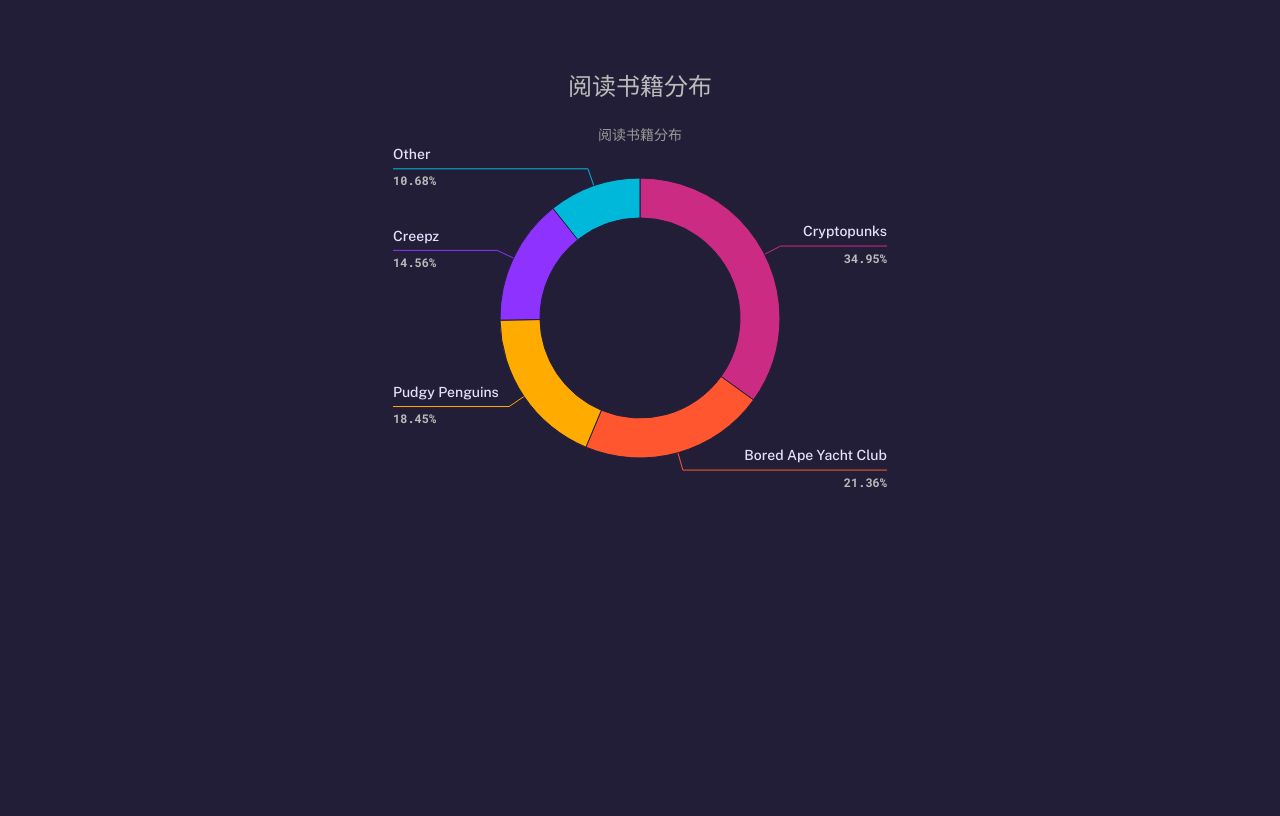
Repository: gorillabiscuit/Apache-eCharts-donut
Page: /
The author's editor kept a copy of each file at every save. The page is drawn from the files as they stood at one save, then again after the next save.
The browser window is 1280 px wide. The pictures show the whole page.
The project was rebuilt for these pictures with package versions that can differ from the ones it lists, and the page was loaded fresh each time. Also part of the build but not shown: vite.config.ts.

Above is the page before, as saved 2025-08-14 16:52:21.

After the next save:
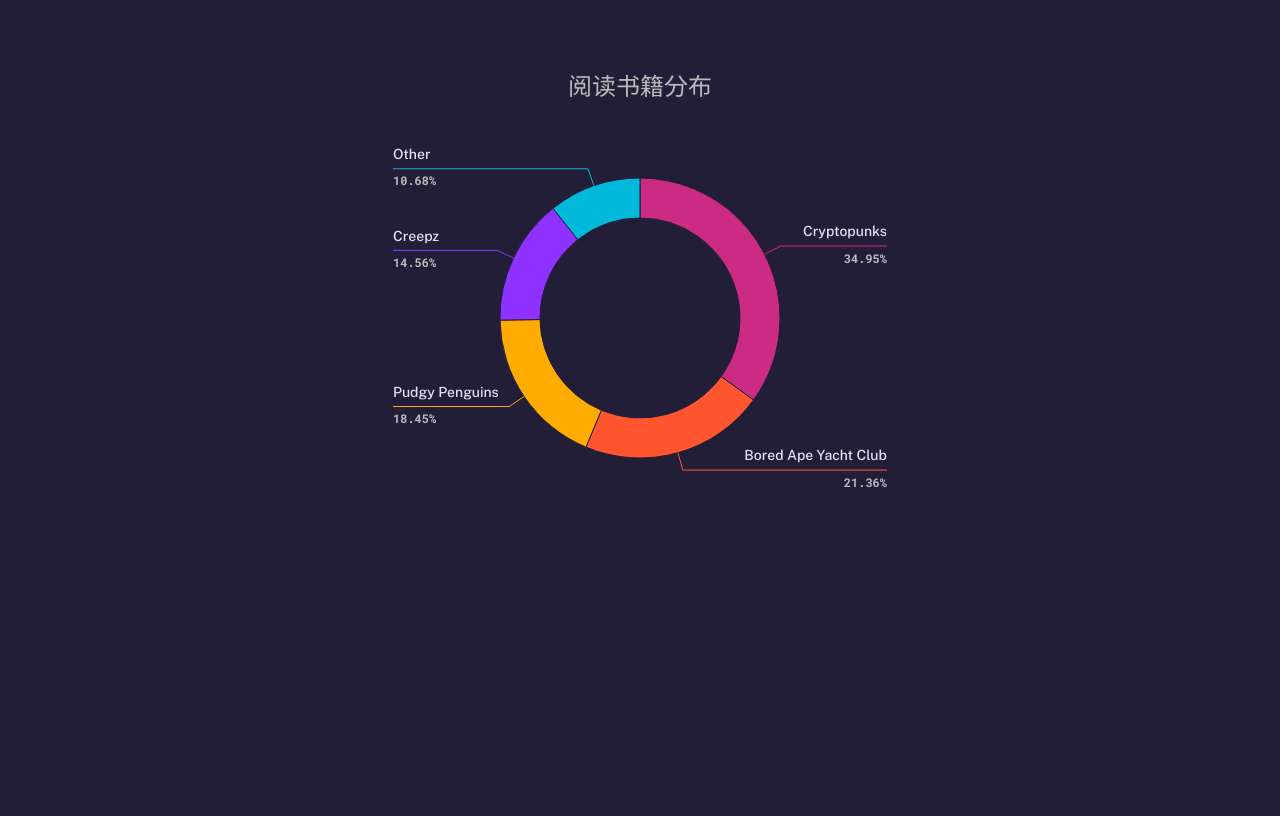
Saved 98 s later.
--- a/src/components/MultiPie.tsx
+++ b/src/components/MultiPie.tsx
@@ -172,15 +172,6 @@
               '</div>' +
             '</div>'
           )
-        }
-      },
-      title: {
-        text: '阅读书籍分布',
-        left: 'center',
-        textStyle: {
-          color: '#999',
-          fontWeight: 'normal',
-          fontSize: 14
         }
       },
       series: [
